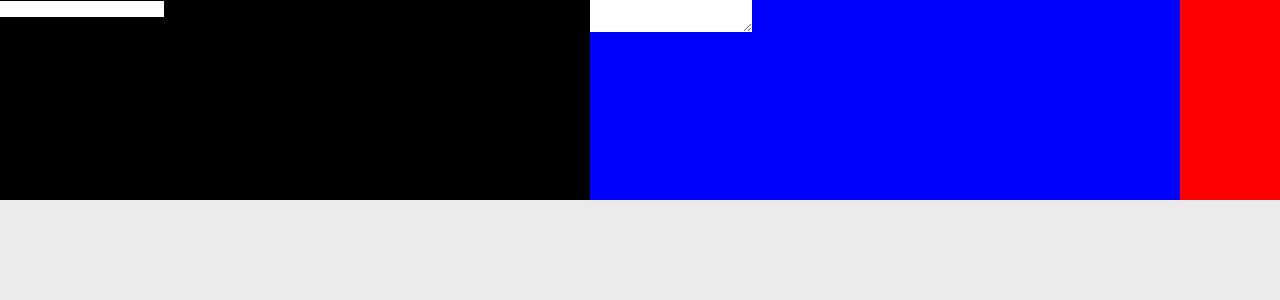
Repository: 777hanh777hanh/test
Page: index.html
An editor plug-in stored every save of this project. The page is shown before and after the next save, followed by the edit.
The browser window is 1280 px wide. The pictures show the whole page.

Above is the page before, as saved 2023-06-30 16:36:27.

### index.html
<!DOCTYPE html>
<html lang="en">
    <head>
        <meta charset="UTF-8" />
        <meta name="viewport" content="width=device-width, initial-scale=1.0" />
        <title>Request API</title>
        <!-- CSS -->
        <link rel="stylesheet" href="./assets/css/reset.css" />
        <link rel="stylesheet" href="./assets/css/style.css" />
    </head>
    <body>
        <div class="inner">
            <!-- Input Block -->
            <!-- Input URL -->
            <div class="url-block"><input type="text" name="" id="url" class="url" /></div>
            <!-- Text Area -->
            <div class="giftCode-block"><textarea name="" id="giftCode" class="giftCode"></textarea></div>

            <!-- Result Block -->
            <div class="result-block"></div>
        </div>
        <script src="./assets/js/main.js"></script>
    </body>
</html>

### assets/css/reset.css
html,
body,
div,
span,
applet,
object,
iframe,
h1,
h2,
h3,
h4,
h5,
h6,
p,
blockquote,
pre,
a,
abbr,
acronym,
address,
big,
cite,
code,
del,
dfn,
em,
img,
ins,
kbd,
q,
s,
samp,
small,
strike,
strong,
sub,
sup,
tt,
var,
b,
u,
i,
center,
dl,
dt,
dd,
ol,
ul,
li,
fieldset,
form,
label,
legend,
table,
caption,
tbody,
tfoot,
thead,
tr,
th,
td,
article,
aside,
canvas,
details,
embed,
figure,
figcaption,
footer,
header,
hgroup,
menu,
nav,
output,
ruby,
section,
summary,
time,
mark,
audio,
video {
    margin: 0;
    padding: 0;
    border: 0;
    font-size: 100%;
    font: inherit;
    vertical-align: baseline;
}
/* HTML5 display-role reset for older browsers */
article,
aside,
details,
figcaption,
figure,
footer,
header,
hgroup,
menu,
nav,
section {
    display: block;
}
body {
    line-height: 1;
}
ol,
ul {
    list-style: none;
}
blockquote,
q {
    quotes: none;
}
blockquote:before,
blockquote:after,
q:before,
q:after {
    content: '';
    content: none;
}
table {
    border-collapse: collapse;
    border-spacing: 0;
}

button,
input,
textarea,
[tabindex] {
    outline: none;
    border: none;
    font-family: inherit;
}

a {
    text-decoration: none;
}

### assets/css/style.css
:root {
    --text-color: #333;
}

* {
    padding: 0;
    margin: 0;
    box-sizing: border-box;
}

html {
    font-size: 62.5%;
}

body {
    font-family: var(--font-family);
    -webkit-font-smoothing: antialiased;
    -moz-osx-font-smoothing: grayscale;
    font-size: 1.6rem;
    overflow: overlay;
    background-color: #ebebeb;
}

html *::-webkit-scrollbar {
    border-radius: 0;
    width: 8px;
}
html *::-webkit-scrollbar-thumb {
    border-radius: 4px;
    background-color: rgba(22, 24, 35, 0.06);
}
html *::-webkit-scrollbar-track {
    border-radius: 0;
    background-color: rgba(0, 0, 0, 0);
}

/* CSS */
.inner {
    display: grid;
    grid-template-columns: 1fr 1fr;
    grid-template-areas:
        'aa aa cc'
        'bb bb cc';
}

/* Input Block */
.input-block {
}

.url-block {
    display: inline-block;
    grid-area: 'aa';
    background: #000;
}

.giftCode-block {
    display: inline-block;
    grid-area: 'bb';
    background: blue;
}

.result-block {
    grid-area: 'cc';
    display: block;
    background: red;
    width: 100px;
    height: 200px;
}

Loaded but not shown: assets/js/main.js (no stored copy; drawn as an empty file)

After the next save:
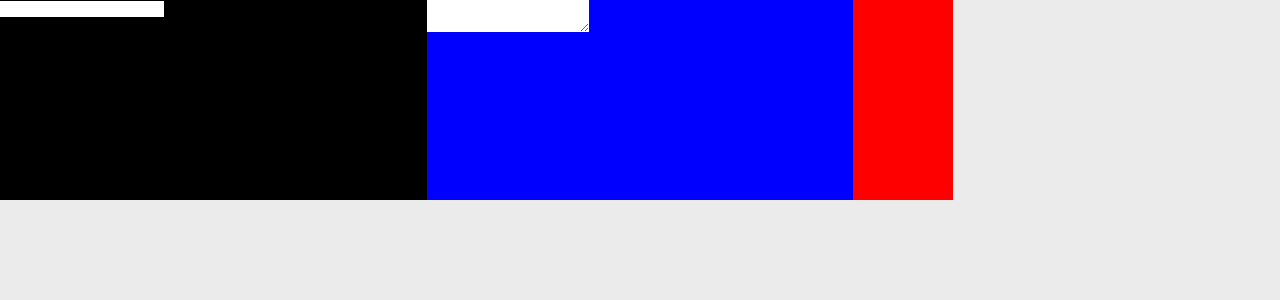
Saved 25 s later.
--- a/assets/css/style.css
+++ b/assets/css/style.css
@@ -37,7 +37,7 @@ html *::-webkit-scrollbar-track {
 /* CSS */
 .inner {
     display: grid;
-    grid-template-columns: 1fr 1fr;
+    grid-template-columns: 1fr 1fr 1fr;
     grid-template-areas:
         'aa aa cc'
         'bb bb cc';
